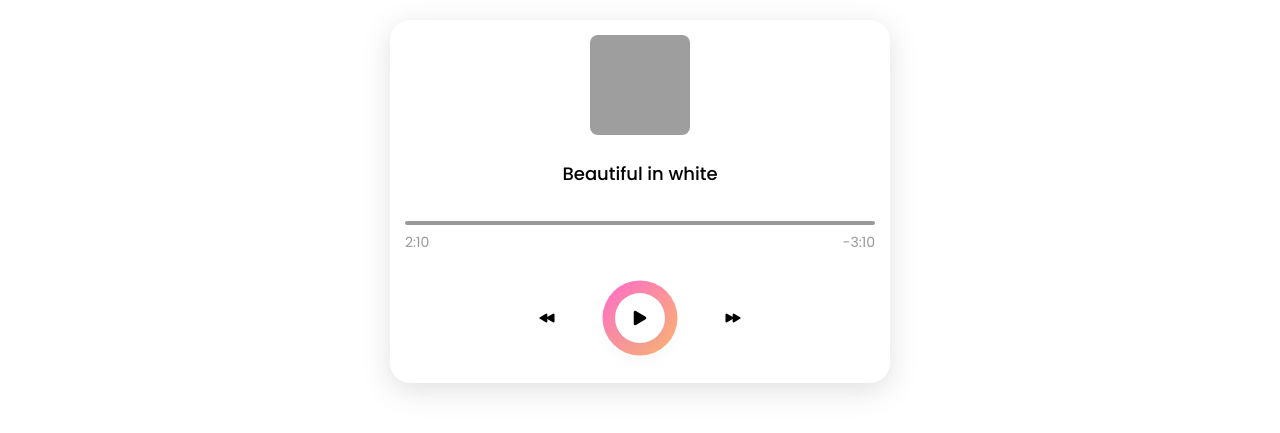
Repository: quyenpv10/mp3__music
Page: index.html
The author's editor kept a copy of each file at every save. The page is drawn from the files as they stood at one save, then again after a run of saves.
The browser window is 1280 px wide. The pictures show the whole page.
Pictures or frames that could not be fetched are drawn as grey boxes.

Above is the page before, as saved 2021-12-10 20:25:35.

After the next 2 saves:
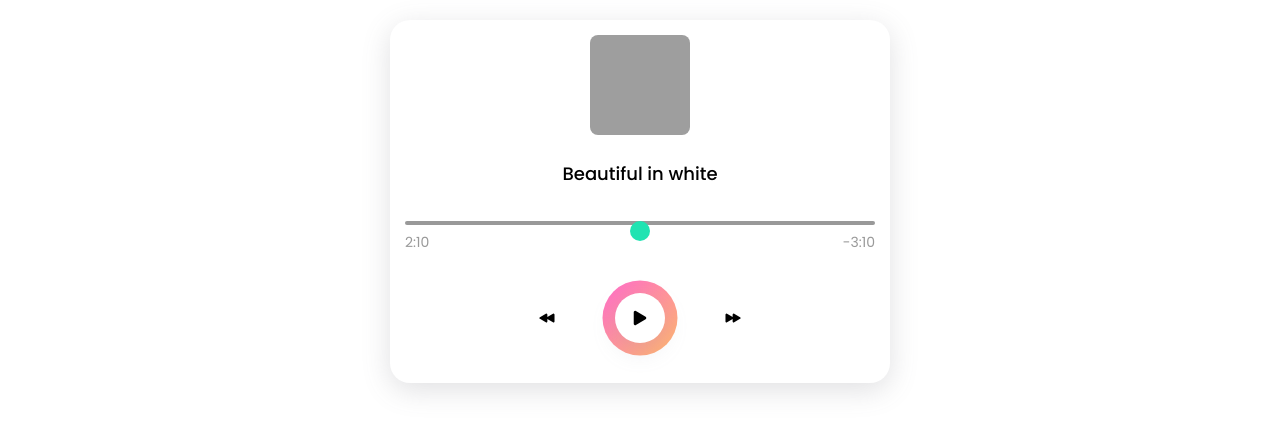
The 2 saves are shown as one change because they came seconds apart.
The last was saved 9 s later.
--- a/app.css
+++ b/app.css
@@ -139,4 +139,7 @@ body {
 .range::-webkit-slider-thumb {
     -webkit-appearance: none;
     background-color: #20e3b2;
+    width: 20px;
+    height: 20px;
+    border-radius: 100rem;
 }
